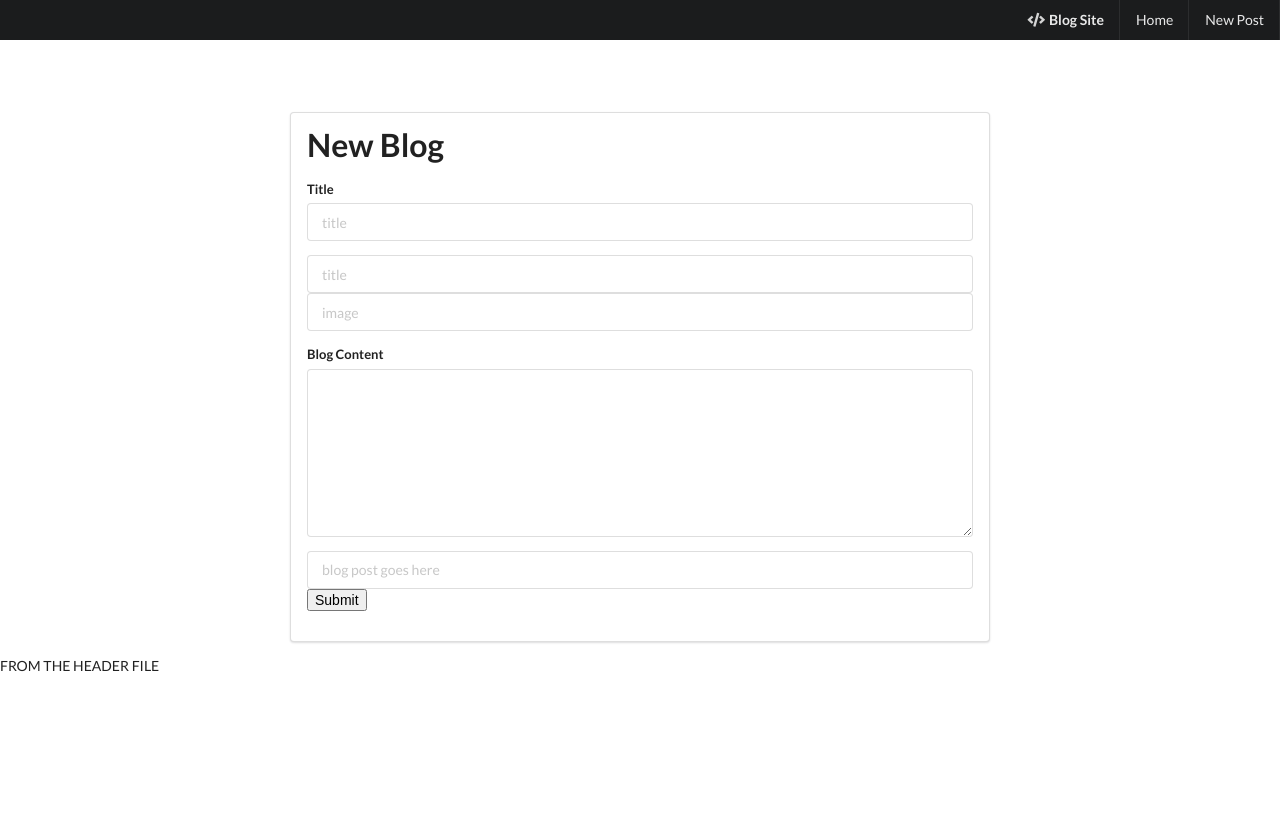
Repository: Patrick-Erath/Aplusmazing
Page: http://localhost/blogs/new
The author's editor kept a record of every edit. The page is drawn from the files as they stood at one moment, then again after the next edit.
The browser window is 1280 px wide. The pictures show the whole page.
Some web libraries are served in a nearby version. The page is served by the project's Node server (RESTful/RESTfulBlogApp/app.js).

Above is the page before.

### workspace/RESTful/RESTfulBlogApp/views/new.ejs
<% include ./partials/header %>
<div class="ui main text container segment">
    <div class="ui huge header">New Blog</div>
    <form class="ui form" action="/blogs" method="POST">
        <div class="field">
            <label>Title</label>
            <input type="text" name="blog[title]" placeholder="title">
        </div>
        <div class="field">
            <input type="text" name="blog[title]" placeholder="title">
            <input type="text" name="blog[image]" placeholder="image">
        </div>
         <div class="field">
            <label>Blog Content</label>
            <textarea name="blog[body]"></textarea>
        </div>
        <input type="text" name="blog[body]" placeholder="blog post goes here">
        <input type="submit">
    </form>
</div>

<% include ./partials/footer %>

### workspace/RESTful/RESTfulBlogApp/views/partials/header.ejs
<html>
    <head>
        <link rel="stylesheet" type="text/css" href="https://cdnjs.cloudflare.com/ajax/libs/semantic-ui/2.3.3/semantic.min.css">
                <link rel="stylesheet" type="text/css" href="/stylesheets/app.css">

        <title>Blog App</title>
    </head>
        <p></p>
    <body>
        <div class="ui fixed inverted menu">
            <div class="ui container"></div>
                <div class="header item"><i class="code icon"></i>Blog Site</div>
                <a href="/" class="item">Home</a>
                <a href="/blogs/new" class="item">New Post</a>
            </div>
        </div>

### workspace/RESTful/RESTfulBlogApp/views/partials/footer.ejs
<html>
    <head>
        <title>Blog App</title>
    </head>
        <p>FROM THE HEADER FILE</p>

</html>

### workspace/RESTful/RESTfulBlogApp/app.js
var express = require("express"),
    app     = express(),
    mongoose = require("mongoose"),
    bodyParser = require("body-parser"),
    expressSanitizer = require("express-sanitizer"),
    methodOverride = require("method-override");

// APP CONFIG
mongoose.connect("mongodb://localhost:27017/restful_blog_app", { useNewUrlParser: true });
app.set("view engine", "ejs");
app.use(express.static("public"));
app.use(bodyParser.urlencoded({extended: true}));
app.use(methodOverride("_method"));
app.use(expressSanitizer()); // Has to go after body-parser

// MONGOOSE/MODEL CONFIG
var blogSchema = new mongoose.Schema({
    title: String,
    body: String,
    image: String,
    created:  {type: Date, default: Date.now}
});
var Blog=mongoose.model("Blog", blogSchema);

// RESTFUL ROUTES
app.get("/", function(req, res){
    res.redirect("/blogs");
});

// INDEX ROUTE
app.get("/blogs", function(req, res){
    Blog.find({}, function(err, blogs){
        if(err){
            console.log("ERROR!");
        }
        else{
            res.render("index", {blogs: blogs});
        }
    });
});

// NEW ROUTE
app.get("/blogs/new", function(req, res){
    res.render("new");
});

// CREATE ROUTE
app.post("/blogs", function(req, res){
    // create blog
    console.log(req.body);
    req.body.blog.body = req.sanitize(req.body.blog.body);
    console.log("========");
    console.log(req.body);
    Blog.create(req.body.blog, function(err, newBlog){
        if(err){
            res.render("new");
        }
        else{
            // then, redirect to index
            res.redirect("/blogs");
        }
    });
});

// SHOW ROUTE
app.get("/blogs/:id", function(req, res){
    Blog.findById(req.params.id, function(err, foundBlog){
        if(err){
            res.redirect("/body");
        }
        else{
            res.render("show", {blog: foundBlog});
        }
    })
});

// EDIT ROUTE
app.get("/blogs/:id/edit", function(req, res){
    Blog.findById(req.params.id, function(err, foundBlog){
        if(err){
            res.redirect("/blogs");
        }
        else{
            res.render("edit", {blog: foundBlog});
        }
    });
});

// UPDATE ROUTE
app.put("/blogs/:id", function(req, res){
    Blog.findByIdAndUpdate(req.params.id, req.body.blog, function(err, updatedBlog){
        if(err){
            res.redirect("/blogs");
        }
        else{
            res.redirect("/blogs/"+req.params.id);
        }
    })
});

// DELETE ROUTE
app.delete("/blogs/:id", function(req, res){
    // Destroy blog
    Blog.findByIdAndRemove(req.params.id, function(err){
        if(err){
            res.redirect("/blogs");
        }
        else{
             res.redirect("/blogs");
        }
    })
    // Redirect somewhere

});


app.listen(process.env.PORT, process.env.IP, function(){
    console.log("APP FUCKING WORKS");
});

### workspace/RESTful/RESTfulBlogApp/public/stylesheets/app.css
icon {
    font-size: 2em;
}

.container.main{
  margin-top: 7.0em;
}

img{
    width:330px;
}

#delete {
    display: inline;
}

After the next edit:
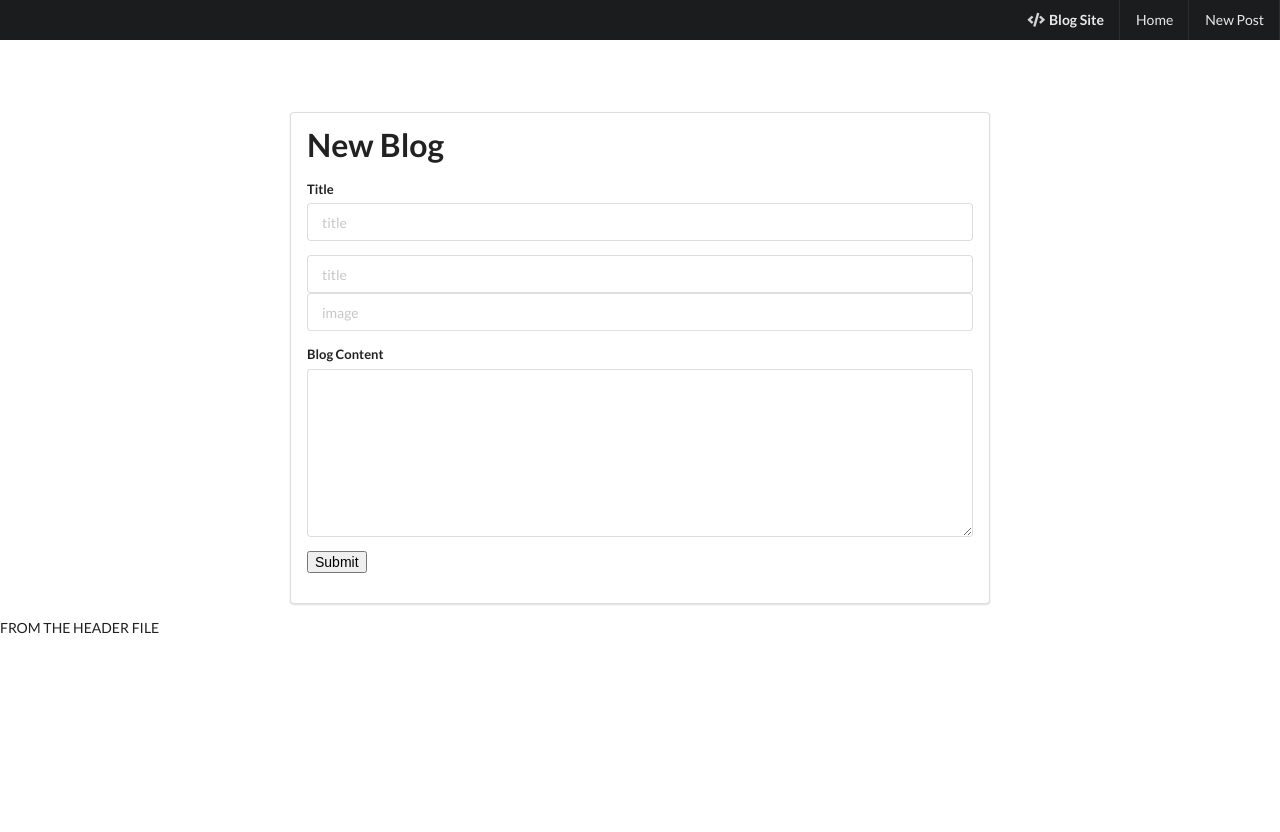
The edit:
--- a/workspace/RESTful/RESTfulBlogApp/views/new.ejs
+++ b/workspace/RESTful/RESTfulBlogApp/views/new.ejs
@@ -14,7 +14,6 @@
             <label>Blog Content</label>
             <textarea name="blog[body]"></textarea>
         </div>
-        <input type="text" name="blog[body]" placeholder="blog post goes here">
         <input type="submit">
     </form>
 </div>
